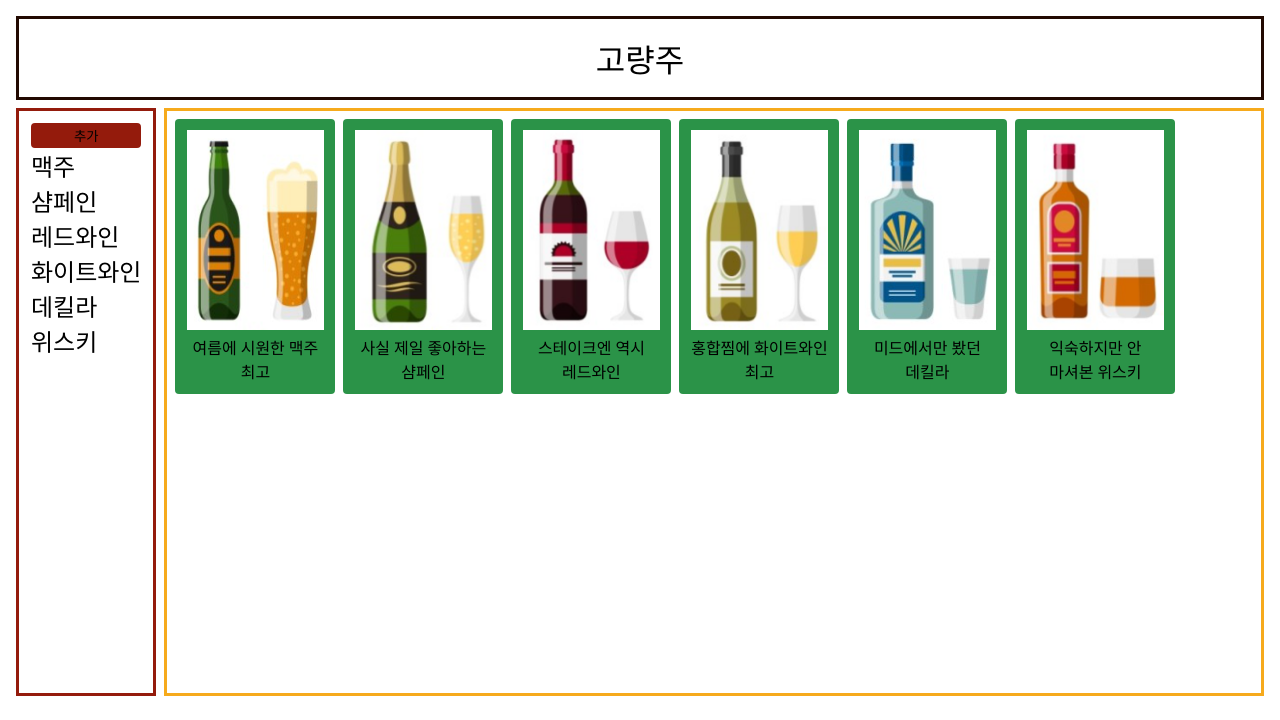
Repository: Jay-JYKim91/grj_2nd_week
Page: index.html
The author's editor kept a copy of each file at every save. The page is drawn from the files as they stood at one save, then again after the next save.
The browser window is 1280 px wide. The pictures show the whole page.
Some web fonts or font styles are not loaded; a fallback is used.

Above is the page before, as saved 2022-05-16 16:28:11.

After the next save:
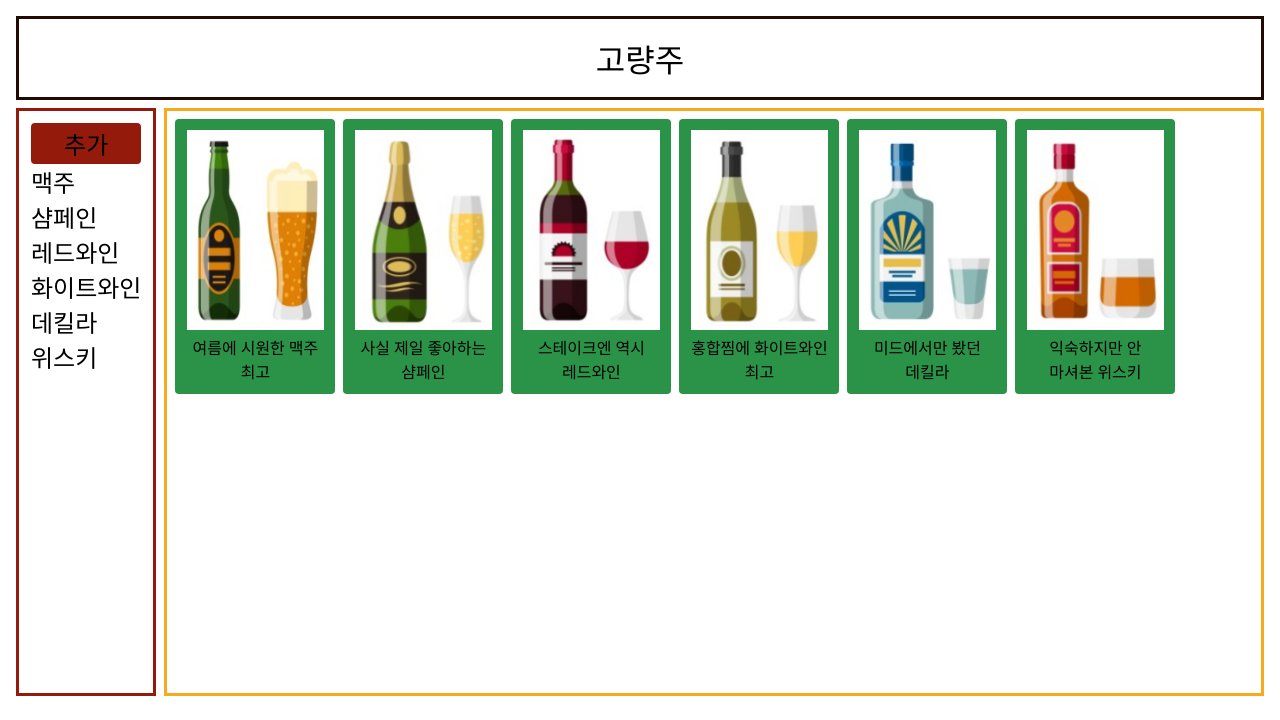
Saved 10 s later.
--- a/styles.css
+++ b/styles.css
@@ -42,6 +42,7 @@ aside {
   background-color: #941b0c;
   border-radius: 4px;
   border: 2px solid #941b0c;
+  font-size: 1.5rem;
 }
 
 .cards {
